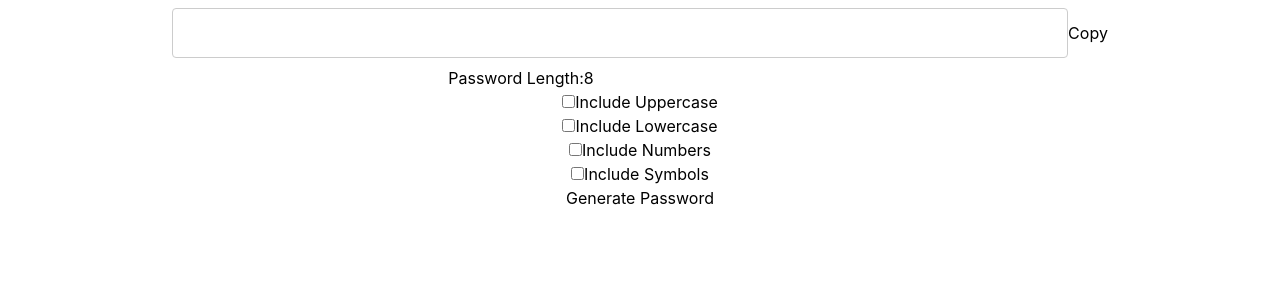
Repository: sriram1224/Password-generator
Page: / (app in password-generator/)
The author's editor kept a copy of each file at every save. The page is drawn from the files as they stood at one save, then again after the next save.
The browser window is 1280 px wide. The pictures show the whole page.
Some web libraries are served in a nearby version. The project was rebuilt for these pictures with package versions that can differ from the ones it lists, and the page was loaded fresh each time.

Above is the page before, as saved 2024-03-10 21:25:05.

After the next save:
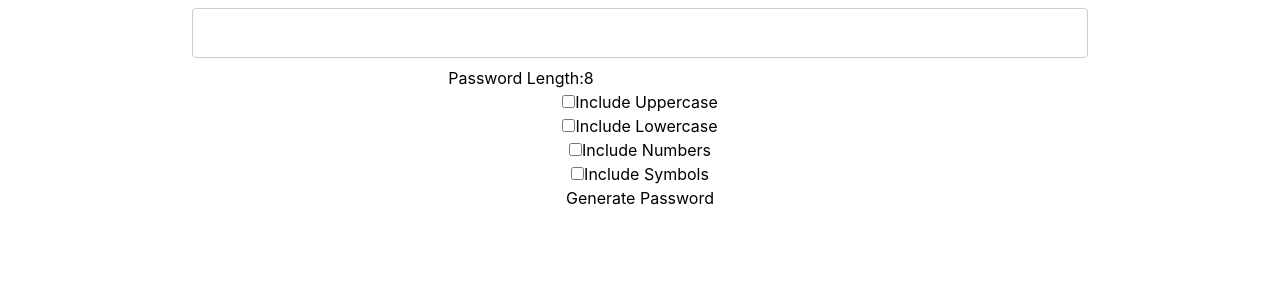
Saved 63 s later.
--- a/password-generator/src/Components/content.js
+++ b/password-generator/src/Components/content.js
@@ -38,7 +38,7 @@ const PasswordGenerator = () => {
 
       <div>
         <input type="text" readOnly value={password} class="text-input"	 />
-        <button onClick={copyToClipboard}>Copy</button>
+        <button onClick={copyToClipboard}><i class="fa-solid fa-copy"></i></button>
           </div>
           <div>
         <label>
